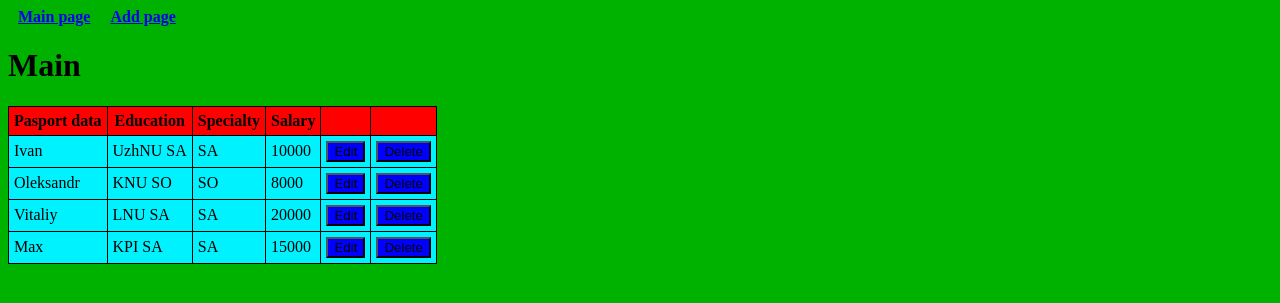
Repository: Alan-Melnychenko/vue
Page: / (app in Project/)
The author's editor kept a copy of each file at every save. The page is drawn from the files as they stood at one save, then again after the next save.
The browser window is 1280 px wide. The pictures show the whole page.
The project was rebuilt for these pictures with package versions that can differ from the ones it lists, and the page was loaded fresh each time. Also part of the build but not shown: Project/vue.config.js, Project/src/pages/Add/index.vue, Project/src/pages/Edit/index.vue.

Above is the page before, as saved 2022-11-08 23:29:25.

### Project/src/App.vue
<template>
  <div>
    <header>
      <router-link class="link" to="/"><b>Main page</b></router-link>
      <router-link class="link" to="/add"><b>Add page</b></router-link>
    </header>
    <main>
      <router-view></router-view>
    </main>
  </div>
</template>
<script>
export default {
  name: "App",
  components: {},
};
</script>

<style>
button {
  background-color: blue;
}
table {
  background-color: rgb(0, 242, 255);
}
body {
  background-color: rgb(0, 178, 0);
}
.link {
  margin: 10px;
}
table {
  border-collapse: collapse;
  border: 1px solid black;
  padding: 2px;
}
th {
  background-color: red;
  border: 1px solid black;
  padding: 5px;
}
td {
  border: 1px solid black;
  padding: 5px;
}
</style>

### Project/src/router.js
import { createRouter, createWebHashHistory } from "vue-router";

import MainPage from "./pages/Main/index.vue";
import AddPage from "./pages/Add/index.vue";
import EditPage from "./pages/Edit/index.vue";

const routes = [
  {
    path: "/",
    name: "main",
    component: MainPage,
  },
  {
    path: "/add",
    name: "add",
    component: AddPage,
  },
  {
    path: "/edit/:id?",
    name: "edit",
    component: EditPage,
  },
];

const router = createRouter({
  history: createWebHashHistory(),
  routes,
});

export default router;

### Project/src/store/index.js
import { createStore } from "vuex";

const store = createStore({
  state() {
    return {
      listData: [
        {
          id: 0,
          pasport: "Ivan",
          education: "UzhNU SA",
          specialty: "SA",
          salary: 10000,
        },
        {
          id: 1,
          pasport: "Oleksandr",
          education: "KNU SO",
          specialty: "SO",
          salary: 8000,
        },
        {
          id: 2,
          pasport: "Vitaliy",
          education: "LNU SA",
          specialty: "SA",
          salary: 20000,
        },
        {
          id: 3,
          pasport: "Max",
          education: "KPI SA",
          specialty: "SA",
          salary: 15000,
        },
      ],
    };
  },
  getters: {
    getAllListData: (state) => state.listData,
    getEmployeeById: (state) => (id) => {
      return state.listData[id];
    },
  },

  mutations: {
    addNewEmployee(state, arr) {
      state.listData.push(arr);
    },
    editEmployee(state, arr) {
      state.listData[arr[0]] = arr[1];
    },
    deleteEmployee(state, id) {
      state.listData = state.listData.filter((item) => item.id !== id);
    },
  },
  actions: {
    addNewEmployeeAction({ commit }, arr) {
      commit("addNewEmployee", arr);
    },
    editEmployeeAction({ commit }, arr) {
      commit("editEmployee", arr);
    },
    deleteEmployeeAction({ commit }, id) {
      commit("deleteEmployee", id);
    },
  },
});

export default store;

### Project/src/pages/Main/index.vue
<template>
  <div>
    <h1>Main</h1>
    <table>
      <tr>
        <th>Pasport data</th>
        <th>Education</th>
        <th>Specialty</th>
        <th>Salary</th>
        <th></th>
        <th></th>
      </tr>
      <employee-card
        v-for="item in getAllListData"
        :key="item.id"
        :pasport="item.pasport"
        :education="item.education"
        :specialty="item.specialty"
        :salary="item.salary"
      />
    </table>
  </div>
</template>

<script>
import employeeCard from "@/components/employee.vue";
import { mapGetters } from "vuex";
export default {
  name: "MainPage",
  components: {
    employeeCard,
  },
  computed: {
    ...mapGetters(["getAllListData"]),
  },
  methods: {
    goToAdd() {
      this.$router.push({ path: "/add" });
    },
    goToEdit() {
      this.$router.push({ path: "/edit" });
    },
  },
};
</script>

<style lang="css" scoped></style>

### Project/src/components/employee.vue
<template>
  <tr>
    <td>{{ pasport }}</td>
    <td>{{ education }}</td>
    <td>{{ specialty }}</td>
    <td>{{ salary }}</td>
    <td><button @click="onEdit(id)">Edit</button></td>
    <td><button @click="onDelete(id)">Delete</button></td>
  </tr>
</template>

<script>
import { mapActions } from "vuex";
export default {
  name: "employeeCard",

  props: {
    id: {
      type: Number,
      default: 0,
    },
    pasport: {
      type: String,
      default: "No pasport data",
    },
    education: {
      type: String,
      default: "No education",
    },
    specialty: {
      type: String,
      default: "No specialty",
    },
    salary: {
      type: Number,
      default: 0,
    },
  },
  methods: {
    ...mapActions(["deleteEmployeeAction"]),
    onEdit(id) {
      this.$router.push({
        name: "edit",
        params: { id: id },
      });
    },
    onDelete(id) {
      this.deleteEmployeeAction(id);
    },
  },
};
</script>

<style lang="css" scoped></style>

Loaded but not shown: Project/public/index.html (common file); Project/src/main.js (common file)

After the next save:
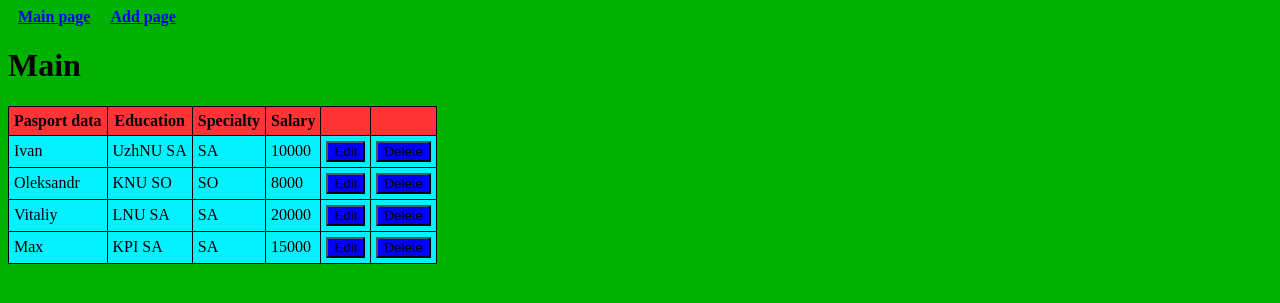
Saved 32 s later.
--- a/Project/src/App.vue
+++ b/Project/src/App.vue
@@ -35,7 +35,7 @@ table {
   padding: 2px;
 }
 th {
-  background-color: red;
+  background-color: rgb(255, 53, 53);
   border: 1px solid black;
   padding: 5px;
 }
